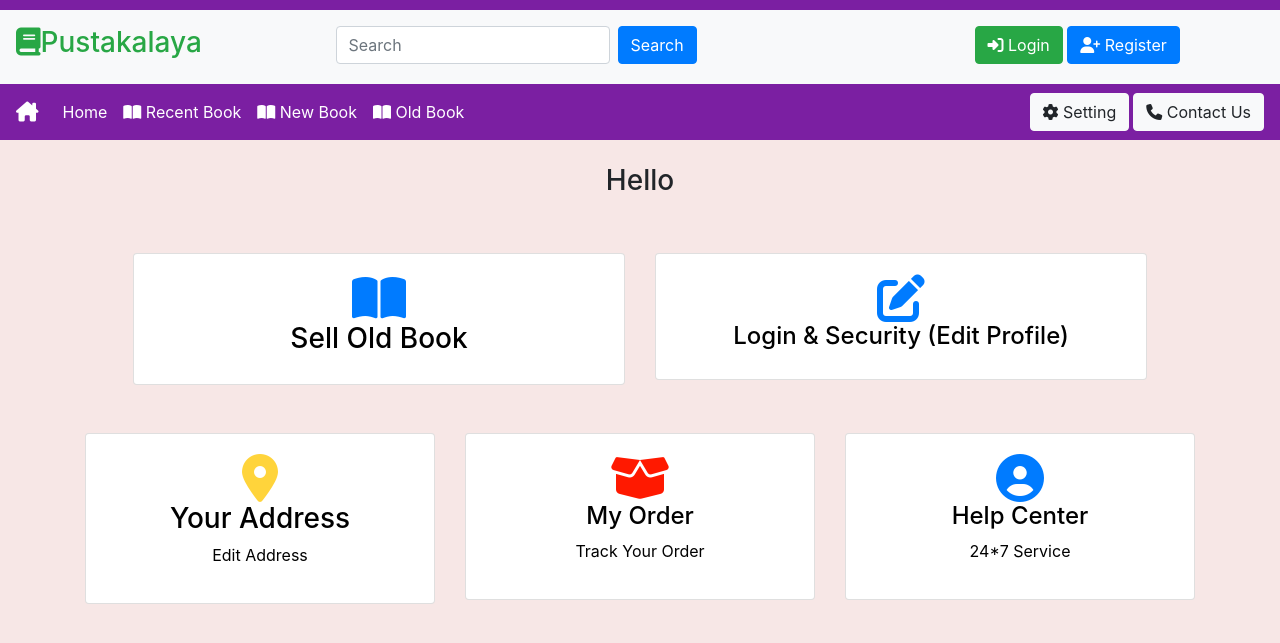
Repository: kalaprabhakar/Pustakalay_Web_Application
Page: http://localhost/E_Book_Management/setting.jsp
An editor plug-in stored every save of this project. The page is shown before and after the next save, followed by the edit.
The browser window is 1280 px wide. The pictures show the whole page.
Some web libraries are served in a nearby version. The page is served by Tomcat 10.

Above is the page before, as saved 2024-02-28 14:00:10.

After the next save:
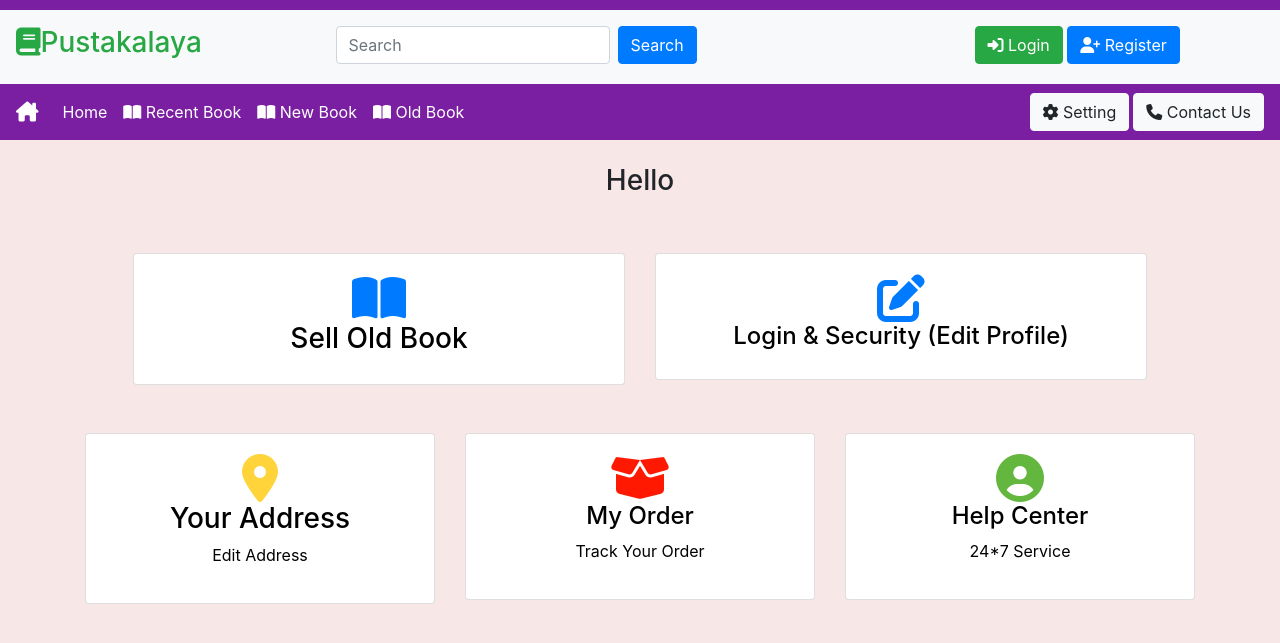
Saved 42 s later.
--- a/E_Book_Management/src/main/webapp/setting.jsp
+++ b/E_Book_Management/src/main/webapp/setting.jsp
@@ -97,7 +97,7 @@ a:hover {
 				<a href="#">
 					<div class="card">
 						<div class="card-body text-center">
-							<div class="text-primary"><i class="fas fa-user-circle fa-3x"></i></div>
+							<div class="text-primary"><i class="fas fa-user-circle fa-3x" style="color: #63B63E;"></i></div>
 							<h4>Help Center</h4>
 							<p>24*7 Service</p>
 						</div>
